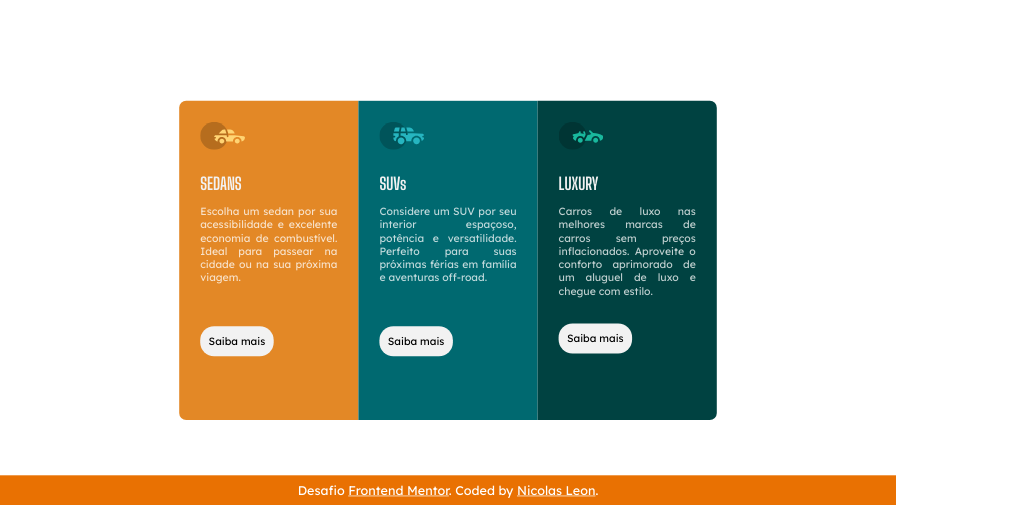
Repository: Leonngc/Car-cards
Page: index.html
These files come from the project's save history. The page is drawn as it stood at one moment and after the next save; the edit follows.
The browser window is 1280 px wide. The page is 1280 px wide, then 1468 px, so the pictures cover 1468 px, including what lies to the right of the window. The pictures show the whole page, at 70% of full size.

Above is the page before, as saved 2023-01-17 19:29:38.

### index.html
<!DOCTYPE html>
<html lang="pt-br">
  <head>
    <meta charset="UTF-8" />
    <meta name="viewport" content="width=device-width, initial-scale=1.0" />
    <!-- displays site properly based on user's device -->

    <link
      rel="icon"
      type="image/png"
      sizes="32x32"
      href="./images/favicon-32x32.png"
    />

    <link rel="stylesheet" href="styles/style.css" />

    <title>Frontend Mentor | 3-column preview card component</title>


  </head>
  <body>
    <main>
      <div class="card" id="sedan">
        <div class="image"><img src="images/icon-sedans.svg" alt="" /></div>
        <h2>SEDANS</h2>
        <p>
          Escolha um sedan por sua acessibilidade e excelente economia de
          combustível. Ideal para passear na cidade ou na sua próxima viagem.
        </p>
        <button>Saiba mais</button>
      </div>
      <div class="card" id="suv">
        <div class="image"><img src="images/icon-suvs.svg" alt="" /></div>

        <h2>SUVs</h2>
        <p>
          Considere um SUV por seu interior espaçoso, potência e versatilidade.
          Perfeito para suas próximas férias em família e aventuras off-road.
        </p>
        <button>Saiba mais</button>
      </div>
      <div class="card" id="luxury">
        <div class="image"><img src="images/icon-luxury.svg" alt="" /></div>
        <h2>LUXURY</h2>
        <p>
          Carros de luxo nas melhores marcas de carros sem preços inflacionados.
          Aproveite o conforto aprimorado de um aluguel de luxo e chegue com
          estilo.
        </p>
        <button>Saiba mais</button>
      </div>
    </main>

    <footer class="attribution">
      <p>
        Desafio
        <a href="https://www.frontendmentor.io?ref=challenge" target="_blank"
          >Frontend Mentor</a
        >. Coded by <a href="#">Nicolas Leon</a>.
      </p>
    </footer>
  </body>
</html>

### styles/style.css
@import url("https://fonts.googleapis.com/css2?family=Lexend+Deca&display=swap");

@import url("https://fonts.googleapis.com/css2?family=Big+Shoulders+Display:wght@700&display=swap");

* {
  margin: 0 auto;
  padding: 0;
}

:root {
  --font-body: "Lexend Deca", sans-serif;

  --font-title: "Big Shoulders Display", cursive;
}

/* Basic styles */

main {
  display: flex;
  margin: auto;
  margin-top: 20vh;
  margin-left: 20vw;
  margin-right: 20vw;
}
.card {
  padding: 30px;
  height: 55vh;
  width: 90vw;
}
.card > p {
  font-family: var(--font-body);
  margin-bottom: 60px;
  text-align: justify;
  font-size: 15px;
  color: hsla(0, 0%, 100%, 0.75);
}
.card > h2 {
  font-family: var(--font-title);
  padding-top: 30px;
  padding-bottom: 15px;
  color: hsl(0, 0%, 95%);
}

#sedan {
  background-color: hsl(31, 77%, 52%);
  border-top-left-radius: 10px;
  border-bottom-left-radius: 10px;
}

#suv {
  background-color: hsl(184, 100%, 22%);
}

#luxury {
  background-color: hsl(179, 100%, 13%);
  border-top-right-radius: 10px;
  border-bottom-right-radius: 10px;
}

#luxury > p {
  margin-bottom: 37px;
}

button {
  padding: 12px;
  border-radius: 20px;
  background-color: hsl(0, 0%, 95%);
  border: 0;
  font-family: var(--font-body);
  font-size: 15px;
}

footer > p {
  background-color: rgb(233, 113, 2);
  color: white;
  font-size: 18px;
  margin-top: 11vh;
  padding: 10px;
  text-align: center;
  font-family: var(--font-body);
}

a {
  color: white;
}

/* Animations */
button:hover {
  background-color: hsla(0, 0%, 54%, 0);
  border: 2px solid rgb(255, 255, 255);
  color: hsl(0, 0%, 100%);
}

a:hover {
  font-size: 20px;
}

/* Media Queries */
@media screen and (min-width:375px){
    main

}

After the next save:
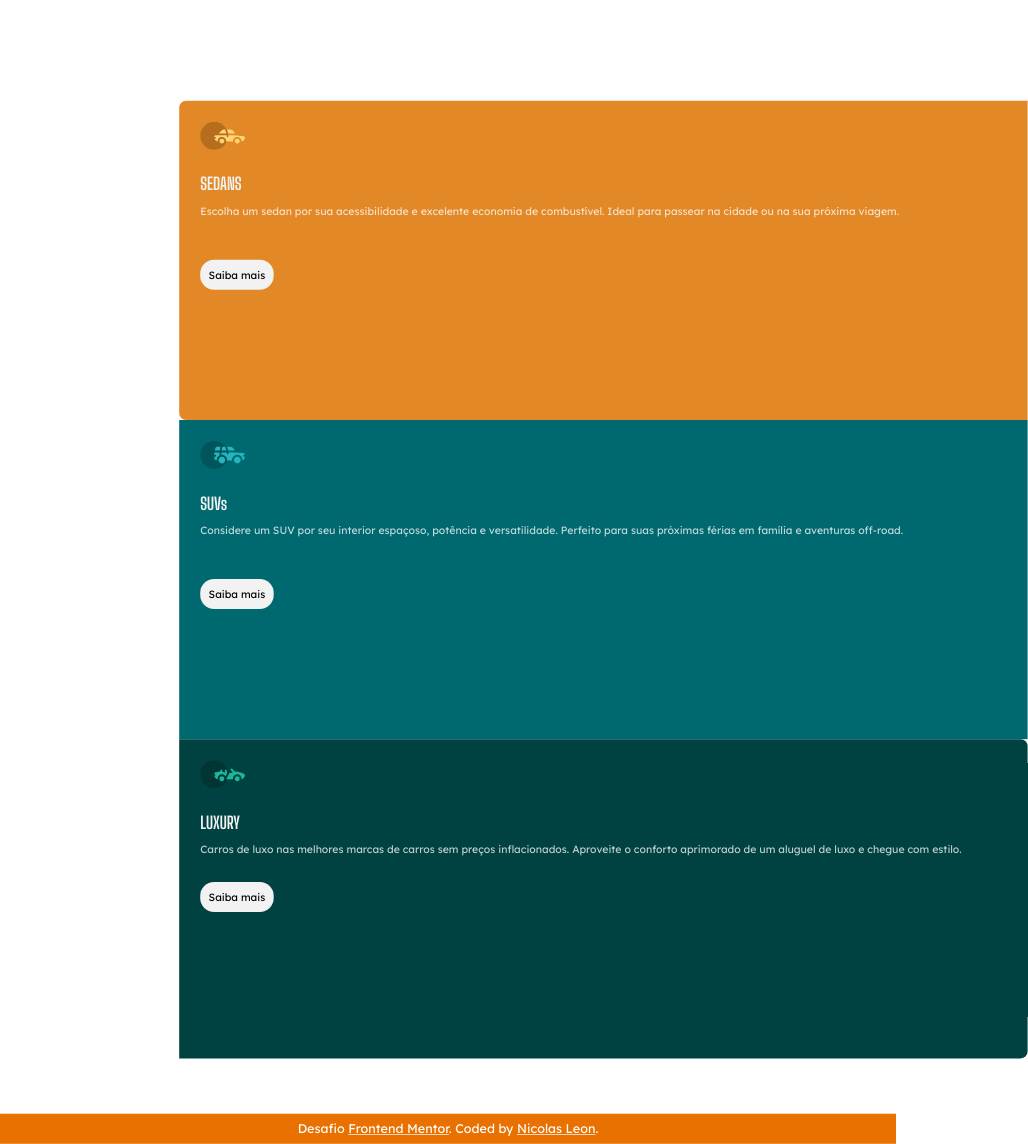
Saved 5 s later.
--- a/styles/style.css
+++ b/styles/style.css
@@ -97,6 +97,8 @@
 
 /* Media Queries */
 @media screen and (min-width:375px){
-    main
+    main{
+        flex-direction: column;
+    }
 
 }
